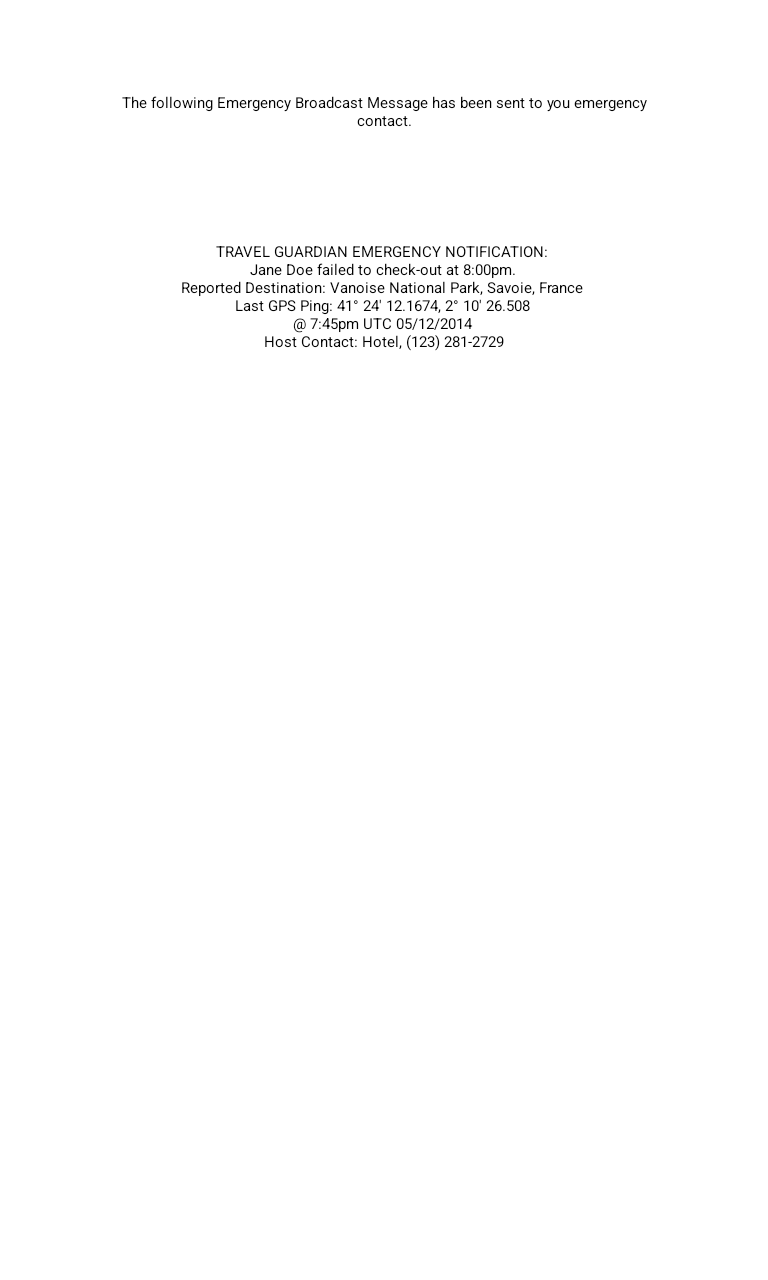
Repository: leo195162839/Test-Repo
Layout: TravelGuardian/res/layout/fragment_broadcast.xml
The author's editor kept a copy of each file at every save. The layout is drawn from the files as they stood at one save, then again after the next save.
It is drawn on a 768 x 1280 px phone screen (xhdpi) without system bars, with theme Theme.Base.AppCompat; the app's code is not run.

Above is the layout before, as saved 2014-06-15 17:27:49.

After the next save:
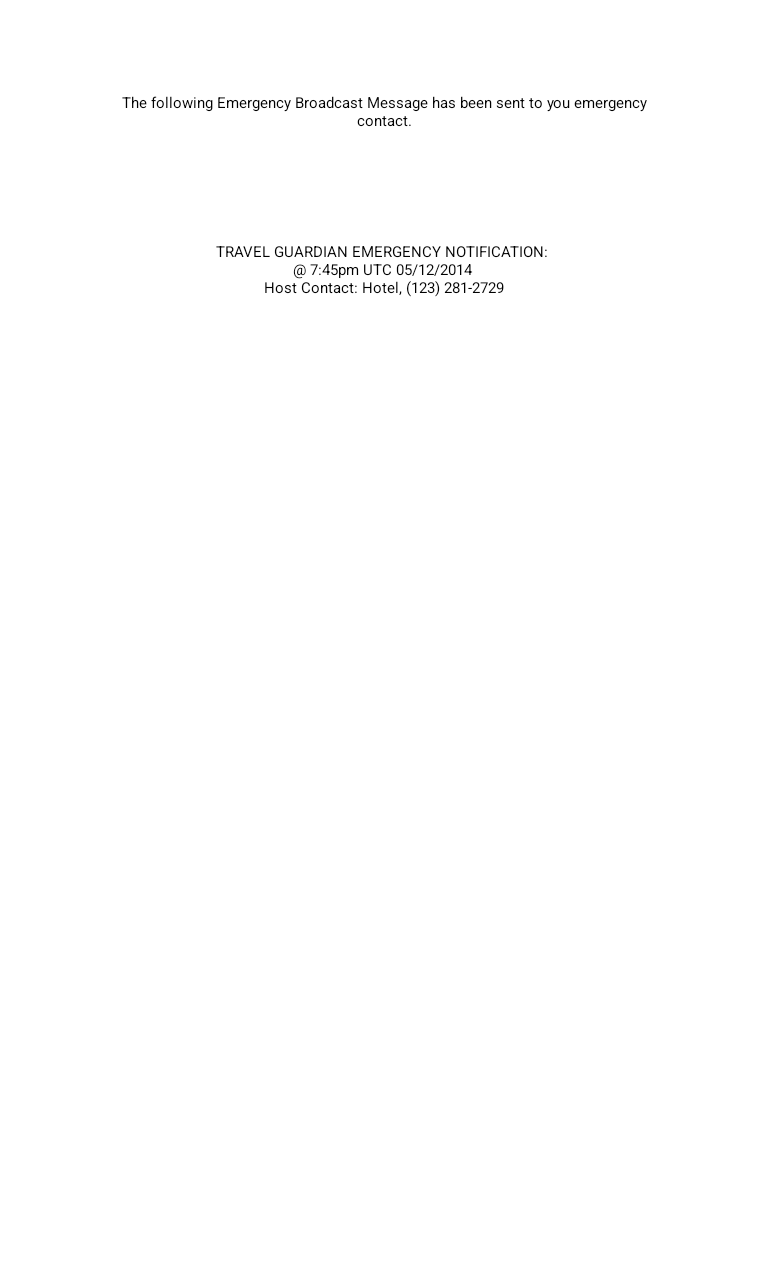
Saved 16 s later.
--- a/TravelGuardian/res/values/strings.xml
+++ b/TravelGuardian/res/values/strings.xml
@@ -29,9 +29,7 @@
     <string name="title_activity_broadcast">Broadcast</string>
     <string name="Sent_Notification">The following Emergency Broadcast Message has been sent to you emergency contact.</string>
     <string name="Broadcast_Message">TRAVEL GUARDIAN EMERGENCY NOTIFICATION:
-                                     \nJane Doe failed to check-out at 8:00pm.
-                                     \nReported Destination: Vanoise National Park, Savoie, France
-                                     \nLast GPS Ping: 41° 24' 12.1674", 2° 10' 26.508"
+
                                      \n@ 7:45pm UTC 05/12/2014
                                      \nHost Contact: Hotel, (123) 281-2729</string>
 
